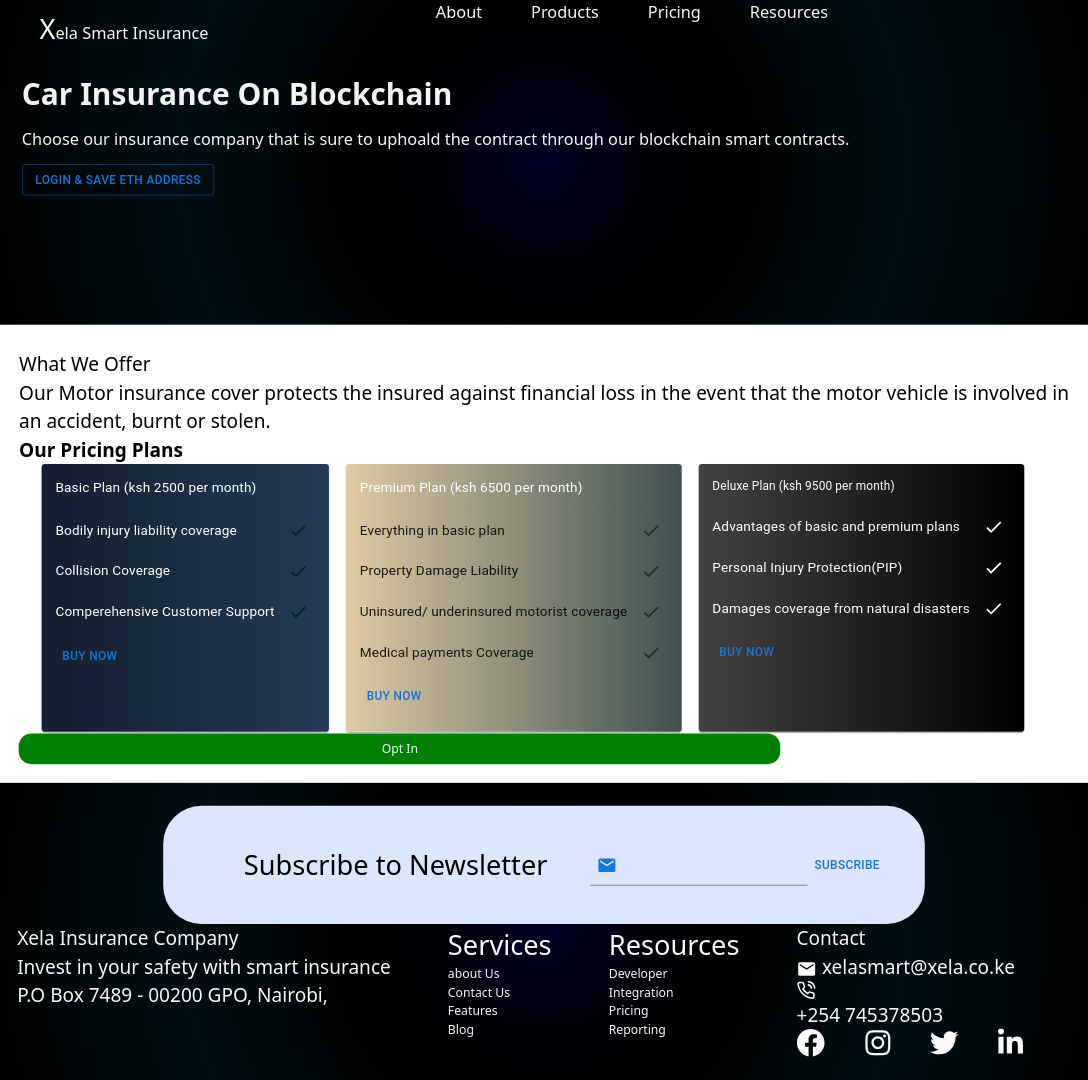
Repository: ALVIN-OBONYO/Xela-smart_insuarance
Page: / (app in frontend/)
These files come from the project's save history. The page is drawn as it stood at one moment and after the next save; the edit follows.
The browser window is 1280 px wide. The pictures show the whole page, at 85% of full size.
The project was rebuilt for these pictures with package versions that can differ from the ones it lists, and the page was loaded fresh each time. Also part of the build but not shown: frontend/src/Pages/Policies.jsx, frontend/src/Components/Calendar.css, frontend/src/Components/Calendar.jsx, frontend/src/Components/Input.js, frontend/src/Components/Upload.css, frontend/src/Components/Upload.js, frontend/src/Pages/ReportForm.jsx, frontend/src/Pages/Report.jsx and 2 more.

Above is the page before, as saved 2022-10-04 08:46:49.

### frontend/public/index.html
<!DOCTYPE html>
<html lang="en">
  <head>
    <meta charset="utf-8" />
    <link rel="icon" href="%PUBLIC_URL%/favicon.ico" />
    <meta name="viewport" content="width=device-width, initial-scale=1" />
    <meta name="theme-color" content="#000000" />
    <meta
      name="description"
      content="Web site created using create-react-app"
    />
    <link rel="apple-touch-icon" href="%PUBLIC_URL%/logo192.png" />
    <!--
      manifest.json provides metadata used when your web app is installed on a
      user's mobile device or desktop. See https://developers.google.com/web/fundamentals/web-app-manifest/
    -->
    <link rel="manifest" href="%PUBLIC_URL%/manifest.json" />
    <!--
      Notice the use of %PUBLIC_URL% in the tags above.
      It will be replaced with the URL of the `public` folder during the build.
      Only files inside the `public` folder can be referenced from the HTML.

      Unlike "/favicon.ico" or "favicon.ico", "%PUBLIC_URL%/favicon.ico" will
      work correctly both with client-side routing and a non-root public URL.
      Learn how to configure a non-root public URL by running `npm run build`.
    -->
    <title>React App</title>
  </head>
  <body>
    <noscript>You need to enable JavaScript to run this app.</noscript>
    <link
    href="https://unpkg.com/tailwindcss@^1.0/dist/tailwind.min.css"
    rel="stylesheet"
  />
  <script
    src="https://cdnjs.cloudflare.com/ajax/libs/web3/1.6.1/web3.min.js"
    integrity="sha512-5erpERW8MxcHDF7Xea9eBQPiRtxbse70pFcaHJuOhdEBQeAxGQjUwgJbuBDWve+xP/u5IoJbKjyJk50qCnMD7A=="
    crossorigin="anonymous"
    referrerpolicy="no-referrer"
  ></script>
    <div id="root"></div>
    <!--
      This HTML file is a template.
      If you open it directly in the browser, you will see an empty page.

      You can add webfonts, meta tags, or analytics to this file.
      The build step will place the bundled scripts into the <body> tag.

      To begin the development, run `npm start` or `yarn start`.
      To create a production bundle, use `npm run build` or `yarn build`.
    -->
  </body>
</html>

### frontend/src/index.js
import React from 'react';
import ReactDOM from 'react-dom/client';
import './index.css';
import App from './App';
import reportWebVitals from './reportWebVitals';
import { BrowserRouter } from 'react-router-dom';
const root = ReactDOM.createRoot(document.getElementById('root'));
root.render(
  <React.StrictMode>
     <BrowserRouter>
       <App />
    </BrowserRouter>
  </React.StrictMode>
);

// If you want to start measuring performance in your app, pass a function
// to log results (for example: reportWebVitals(console.log))
// or send to an analytics endpoint. Learn more: https://bit.ly/CRA-vitals
reportWebVitals();

### frontend/src/App.jsx
import './App.css';
import RoutePages from './Components/RoutePages';

function App() {
  return (
    <div className="App">
      <RoutePages/>
    </div>
  );
}

export default App;

### frontend/src/Components/RoutePages.jsx
import React from 'react'
import { Routes, Route} from 'react-router-dom'
import EntryPage from '../Pages/Entrypage'
import PolicyMaker from '../Pages/Policies'
import ReportForm from '../Pages/ReportForm'
import Report from '../Pages/Report'
import ReportInfo from '../Pages/ReportInfo'
import FormPagination from './FormPagination'
const RoutePages = () => {
    return (


   <Routes>

    <Route exact path="/" element={<EntryPage />} />
    <Route path="policy" element={<PolicyMaker />} />

    <Route path="report/2" element={<ReportForm/> } />
    <Route path="report/1" element={<ReportInfo />} />
    <Route path="report/*" element={<FormPagination />} />

   </Routes>


    )
}

export default RoutePages

### frontend/src/Pages/Entrypage.jsx
import React, {useState, useRef} from 'react'
import "../Components/Navbar.css"
import { FaTimes, FaBars, FaInstagram, FaTwitter, FaLinkedinIn, FaFacebook, } from 'react-icons/fa'
import {FiPhoneCall} from 'react-icons/fi'
import { Link} from 'react-router-dom'
import { loginWithEth } from '../Services/LoginWithEth'
import { truncateAddress } from '../Services/TruncateAddress'
import Web3 from 'web3'
import { getContractSymbol } from '../Services/Contract'
import TextField from '@mui/material/TextField'
import Button from "@mui/material/Button"
import FormGroup from "@mui/material/FormGroup"
import PlanCard from "../Components/Cards"
import EmailIcon from "@mui/icons-material/Email"
import { IconButton, InputAdornment } from '@mui/material'
import Typography from '@mui/material/Typography'
const Entrypage = () => {
        const [navButton, setNavButton] = useState(false)
        const [policy, setPolicy] = useState("")
        const switchNavState = () => setNavButton(!navButton)
        const buttonLogout = useRef(null)
        const yourAddress = useRef()
        window.userAddress = null



        window.onload = async () => {
            if (window.ethereum) {
                window.web3 = new Web3(window.ethereum)
            } else {
                alert("No ETH browser extension detected.")
            }
        }

        function showAddress() {
          if (!window.userAddress) {
            yourAddress.current.innerText = ""
            buttonLogout.current.classList.add("hidden")
             return false
        }

        yourAddress.innerText = `ETH Address: ${truncateAddress(window.userAddress)}`
        buttonLogout.classList.remove("hidden")
    }

         function logout() {
            window.userAddress = null
            window.localStorage.removeItem(buttonLogout)
            showAddress()
}

    return (
        <>
        <header>
        <nav id="my-nav">
        <h1 className='brand'><span className='X'>X</span>ela Smart Insurance</h1>
        <div className='toogleNav' onClick={switchNavState} >{navButton ?
        <div id="bars">

            <FaBars size="2.5em"/>
            </div> :
            <div className = "navflex">
            <div id="times">
                <FaTimes />
                </div>
            <h4>About</h4>
            <h4>Products</h4>
            <h4>Pricing</h4>
            <h4>Resources</h4>
            </div>

}
        </div>
        <div className='nav-section'>
            <h4>About</h4>
            <h4>Products</h4>
            <h4>Pricing</h4>
            <h4>Resources</h4>
        </div>
        </nav>
        <section className="top-descr" id='top'>
            <h1 id="top-h3">Car Insurance On Blockchain</h1>
            <p id="top-pg">Choose our insurance company that is sure to uphoald the contract through our blockchain smart contracts.</p>
            <div id="policy-sec">
                {/* <FormGroup row >
               <TextField
                variant="outlined"
                placeholder='Enter your policy number'
                sx={{
                    borderRadius: 0,
                    padding: 0
                }}
                />
                <Button variant="contained" sx={{
                    borderRadius: 0,
                    padding: "6px"
                }}>Verify</Button>
                    </FormGroup> */}

            <Button variant="outlined" onClick={loginWithEth}>Login & Save ETH Address
                </Button>
                <p id="userAddress" className="text-gray-600" ref={yourAddress}></p>
                <button id="logoutButton" onClick={logout} className="hidden text-blue-500 underline" ref={buttonLogout}>Logout</button>
                           </div>
        </section>
        </header>
        <div className='about-descr' id="descr">
            <h2>What We Offer</h2>
            <p>
            Our Motor insurance cover protects the insured against financial loss in the event that the motor vehicle is involved in an accident, burnt or stolen.</p>

            <p>


<b>Our Pricing Plans</b>
</p>
<PlanCard />
            <Link to="/policy"><button id="buy-policy" onClick={getContractSymbol}>Opt In</button></Link>
        </div>
        <div id="land-footer">
            <div className="news-mail">
                <h2>Subscribe to Newsletter</h2>

                     <TextField
                       variant="standard"
                       id='input-with-icon-textfield'
                       InputProps={{
                        startAdornment: (
                            <InputAdornment position="start">
                                <IconButton edge="end" color='primary'>
                                    <EmailIcon />
                                </IconButton>

                            </InputAdornment>
                        )
                       }}

                       />
                        <Button>Subscribe</Button>


            </div>
            <div className="footer-service">
            <div>
                <h2>Xela Insurance Company</h2>
                <p>Invest in your safety with smart insurance</p>
                <h4>P.O Box 7489 - 00200 GPO, Nairobi,</h4>
            </div>
            <div className='footer-sect'>
                <h2>Services</h2>
                <ul className='sect-bottom'>
                <li>about Us</li>
                <li>Contact Us</li>
                <li>Features</li>
                <li>Blog</li>
                </ul>
            </div>
            <div className='footer-sect'>
                <h2>Resources</h2>
                <ul className="sect-bottom">
                <li>Developer</li>
                <li>Integration</li>
                <li>Pricing</li>
                <li>Reporting</li>
                </ul>
            </div>
            <div>
                <h2>Contact</h2>
                <ul>
                <li><EmailIcon /> xelasmart@xela.co.ke</li>
                <li><FiPhoneCall /> <span>+254 745378503</span></li>
                <li>
                 <div id="social-icons">
                  <FaFacebook size="1.5em"/>
                  <FaInstagram size="1.5em"/>
                  <FaTwitter size="1.5em"/>
                  <FaLinkedinIn size="1.5em"/>
             </div>
                </li>

                </ul>
            </div>

        </div>
        </div>
        </>
    )
}

export default Entrypage

### frontend/src/Components/Navbar.css
nav {
    width: 100vw;
    display: flex;
    justify-content: flex-start;
    align-items: flex-start;
}

.brand {
    flex-grow: 1;
    text-align: start;
    padding-left: 2.9rem;
    margin-top: 0.6rem;
    font-size: 1.2rem;
}

.X {
    font-size: 2rem;

}
.nav-section {
    display: flex;
    flex-grow: 1;
    gap: 3em;
    font-size: 1.2rem;
    padding-right: 2em;
    justify-content: flex-start;
    align-items: center;
}
.top-descr  {
    margin-top: 0;
    padding: 1em;
    text-align: justify;
    font-size: 1.6rem;
    height: 45vh;

}


#descr {
    margin-top: 0.5rem;
    padding: 1em;
    text-align: justify;
    font-size: 1.4rem;

}

#top > h1 {
    font-size: 2.2rem;
    font-weight: 700;
    color: rgba(255, 255, 255, 0.952);
    margin-bottom: 0.4em;

}
header {
    background: rgb(2,0,36);
background: radial-gradient(circle, rgba(2,0,36,1) 0%, rgba(1,0,5,1) 20%, rgba(0,0,0,1) 35%, rgba(0,15,19,1) 64%, rgba(0,0,0,1) 100%);
    color: rgb(248, 248, 248);
}


#top-pg {

    font-size: 1.2rem;
    margin-bottom: 0.9rem;
}
#policy-sec {
    display: flex;
    gap: 0.8em;

}
input[type=text] {
    flex-grow: 1;
    height: 2.5em;
}
#btn-policy {
    background-color: rgb(0, 39, 90);
    flex-grow: 1;
    color: wheat;
    border: none;
    margin-top: 0.8em;
    border-radius: 5px;
    padding: 0.6rem;
    font-size: 1.4rem;
    font-weight: 500;

}
#buy-policy {
    width: 70vw;
    height: 2.5em;
    border: none;
    background-color: #008000;
    color:aliceblue;
    font-size: 0.9rem;
    border-radius: 15px;
}
#social-icons {
    display: flex;
    gap: 2em;
}
#land-footer {
    background: rgb(2,0,36);
    background: radial-gradient(circle, rgba(2,0,36,1) 0%, rgba(1,0,5,1) 20%, rgba(0,0,0,1) 35%, rgba(0,15,19,1) 64%, rgba(0,0,0,1) 100%);
    color: rgb(248, 248, 248);
    position: relative;
    padding: 1.2em  0.9em;
    font-size: 1.4rem;
    /* display: flex;
    justify-content: center;
    align-items: center; */
}

.news-mail {
    display: flex;
    background-color: rgb(220, 230, 255);
    color: rgb(0, 0, 0);
    flex-direction: row;
    flex-wrap: wrap;
    padding: 2em;
    max-width: 70vw;
    border-radius: 2em;
    margin: auto;

}

.news-mail > h2 {
    flex-grow: 1;
    font-size: 2rem;
}

.footer-service {
    display: flex;
    flex-direction: row;
    flex-wrap: wrap;
    gap: 3em;
    text-align: justify;
}

.footer-sect {
    font-size: 2rem;

}

.sect-bottom {
    font-size: 0.9rem;
}
.navflex {
    display: flex;
    flex-direction: column;
    justify-content: center;
    align-items: center;
    gap: 2em;
    background-color: rgba(19, 20, 27, 0.918);
    color: white;
    width: 100vw;
    height: 100vh;
    right: 0;
    top: 0;
    position: absolute;
    text-transform: uppercase;
    /* animation-name: ${navanim}; */
}
@media screen and (max-width: 600px){
   .nav-section {

      display: none;
   }

   .footer-service {
    flex-direction: column;
    justify-content: center;
    align-items: center;
   }

}

@media screen and (min-width: 600px){
    .toogleNav {
        display: none;
        padding: 1.3em;
    }
}

### frontend/src/Services/LoginWithEth.js
import { showAddress } from "./showAddress";
export async function loginWithEth() {
    if (window.web3) {
        try {
            const selectedAccount = await window.ethereum.request({
                method: "eth_requestAccounts"
            })
            .then((accounts) => accounts[0])
            .catch(() => {
                throw Error("No account selected!")
            })

          window.userAddress = selectedAccount;
          window.localStorage.setItem("userAddress", selectedAccount);
        //   showAddress()
        }
        catch (error) {
            console.error(error)
        }
    } else {
        alert("No ETH browser extension detected.");
    }
}

### frontend/src/Services/TruncateAddress.js
export function truncateAddress(address) {
    if (!address) {
        return "";
    }
    return `${address.substr(0, 5)}...${address.substr(
        address.length - 5,
        address.length
      )}`;
}

### frontend/src/Services/Contract.js
window.ABI = require('./contract-abi.json')
export async function getContractSymbol() {
    const CONTRACT_ADDRESS = "0x1A5b30a61CED9B4D9c209E7F1d2fbD38657f8EB1"

    const contract = new window.web3.eth.Contract(
        window.ABI,
        CONTRACT_ADDRESS
    )

    const symbol = await contract.methods.symbol().call({
        from: window.userAddress    })

    alert(`Contract ${CONTRACT_ADDRESS} Symbol: ${symbol}`);
}

### frontend/src/Components/Cards.jsx
import * as React from 'react'
import Box from '@mui/material/Box'
import Card from '@mui/material/Card'
import CardActions from '@mui/material/CardActions'
import CardContent from '@mui/material/CardContent'
import Button from '@mui/material/Button'
import Typography from '@mui/material/Typography'
import {MdDone} from 'react-icons/md'
import List from '@mui/material/List'
import ListItem from '@mui/material/ListItem'
import ListItemText from '@mui/material/ListItemText'
import  IconButton  from '@mui/material/IconButton'

const planValues = [
    {id: 1, text: "Bodily injury liability coverage"},
    {id: 2, text: "Collision Coverage"},
    {id: 3, text: "Comperehensive Customer Support"}

]

const premium = [
    {id: 1, text: "Everything in basic plan"},
    {id: 2, text: "Property Damage Liability"},
    {id: 3, text: "Uninsured/ underinsured motorist coverage"},
    {id: 3, text: "Medical payments Coverage"},
]

const deluxe = [
    {id: 1, text: "Advantages of basic and premium plans"},
    {id: 2, text: "Personal Injury Protection(PIP)"},
    {id: 3, text: "Damages coverage from natural disasters"},

]
const PlanCard = () => {
    return (
        <Box sx={{ display: "flex", mx: "1.2em", flexDirection: "row", flexWrap: "wrap", gap: "0.9em"}}>
        <Card sx={{background: 'linear-gradient(to right, #141e30, #243b55)', color: 'white'}}>
        <CardContent>
            <Typography sx={{ fontSize: 16}} color="text.primary             " gutterBottom>
                Basic Plan   (ksh 2500 per month)
            </Typography>
            <List sx={{ width: '100%'}}>
                {planValues.map((elem)=> (
                <ListItem key={elem.id} disableGutters secondaryAction={
                    <IconButton>
                        <MdDone />
                    </IconButton>
                }>
                <ListItemText primary={elem.text} />
                </ListItem>
                ))}
            </List>
            <Button>Buy Now</Button>
        </CardContent>
        </Card>
        <Card sx={{background: "linear-gradient(to right, #DECBA4, #3E5151)"}}>
        <CardContent>
            <Typography sx={{ fontSize: 16}} color="white" gutterBottom>
                Premium Plan   (ksh 6500 per month)
            </Typography>
            <List sx={{ width: '100%'}}>
                {premium.map((elem)=> (
                <ListItem key={elem.id} disableGutters secondaryAction={
                    <IconButton>
                        <MdDone />
                    </IconButton>
                }>
                <ListItemText primary={elem.text} />
                </ListItem>
                ))}
            </List>
            <Button>Buy Now</Button>
        </CardContent>
        </Card>
        <Card sx={{background: "linear-gradient(to right, #434343 0%, black 100%)", color: "white"}}>
        <CardContent>
            <Typography sx={{ fontSize: 14}} color="white" gutterBottom>
                Deluxe Plan   (ksh 9500 per month)
            </Typography>
            <List sx={{ width: '100%'}}>
                {deluxe.map((elem)=> (
                <ListItem key={elem.id} disableGutters secondaryAction={
                    <IconButton>
                        <MdDone color="white"/>
                    </IconButton>
                }>
                <ListItemText primary={elem.text} />
                </ListItem>
                ))}
            </List>
            <Button>Buy Now</Button>
        </CardContent>
        </Card>
        </Box>
    )
}

export default PlanCard

Loaded but not shown: frontend/src/index.css (common file); frontend/src/reportWebVitals.js (common file); frontend/src/App.css (common file); frontend/src/Services/contract-abi.json (501 lines, source omitted); frontend/src/Services/showAddress.js (no stored copy; drawn as an empty file)

After the next save:
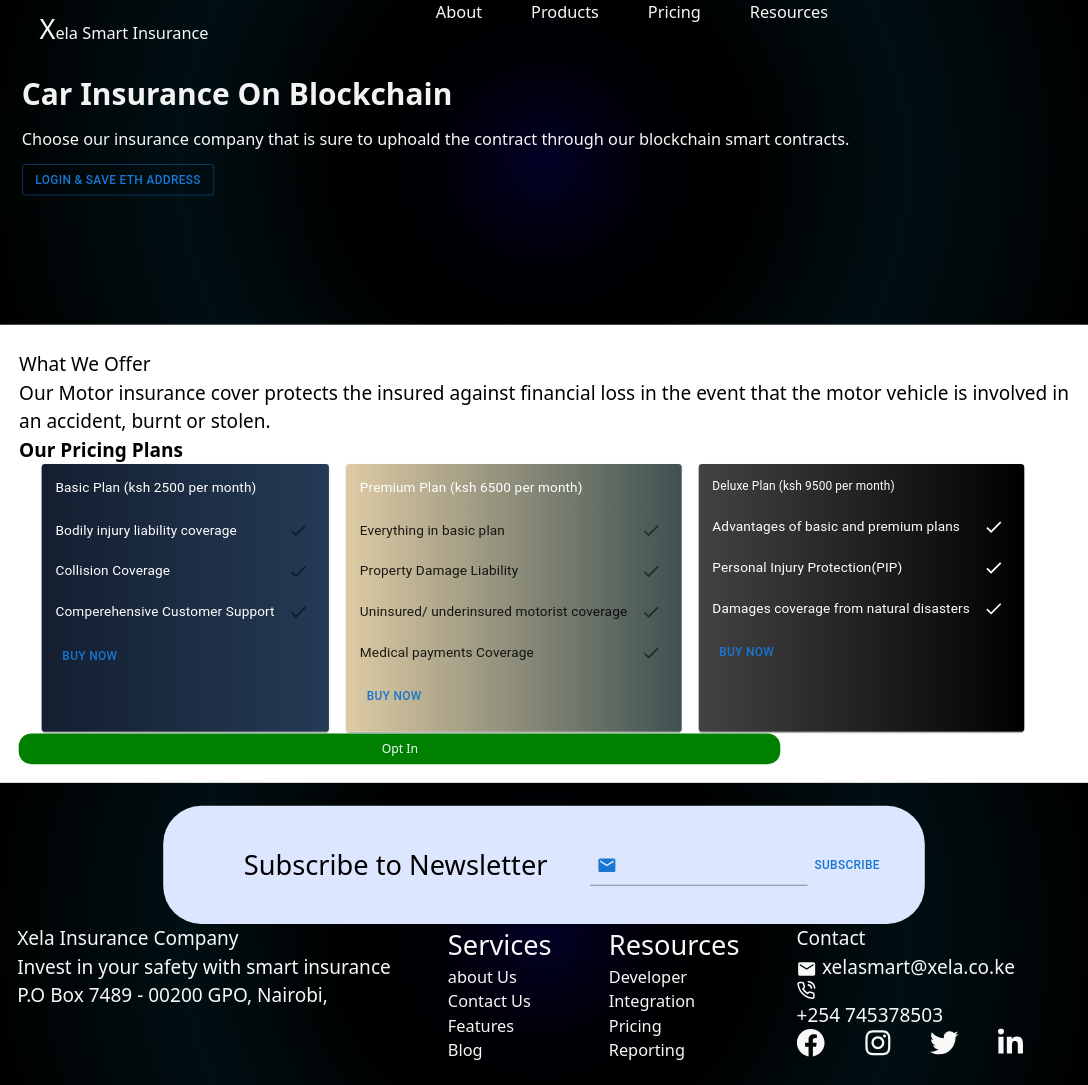
Saved 16 s later.
--- a/frontend/src/Components/Navbar.css
+++ b/frontend/src/Components/Navbar.css
@@ -141,7 +141,7 @@ input[type=text] {
 }
 
 .sect-bottom {
-    font-size: 0.9rem;
+    font-size: 1.2rem;
 }
 .navflex {
     display: flex;
